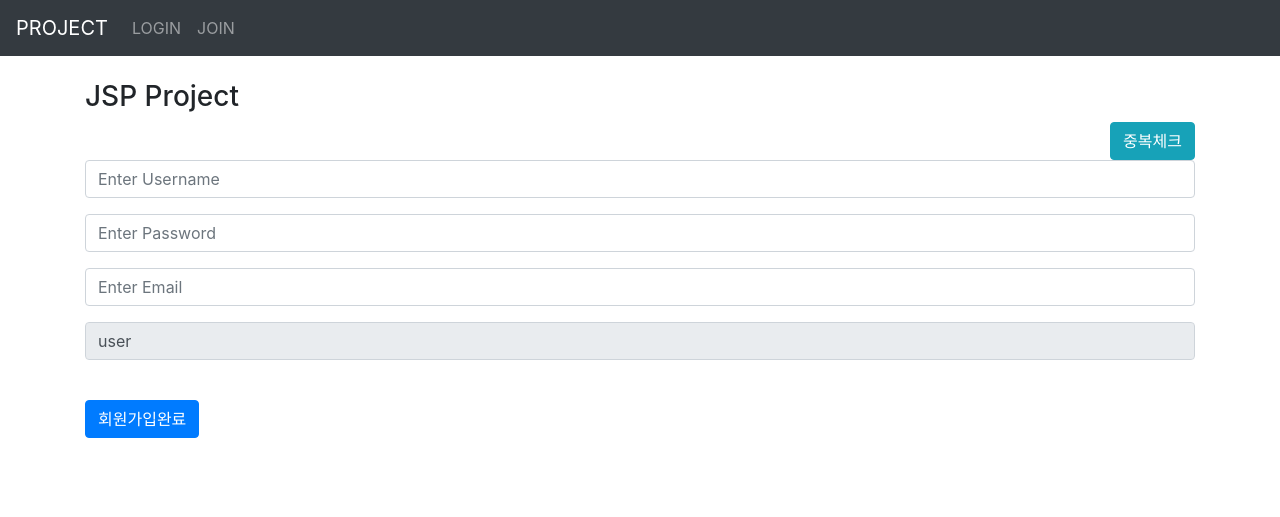
Repository: KuTaeMo/JSP-Project
Page: http://localhost/project/user/join.jsp
The author's editor kept a copy of each file at every save. The page is drawn from the files as they stood at one save, then again after the next save.
The browser window is 1280 px wide. The pictures show the whole page.
The page is served by Tomcat 9. Other server files are loaded and not shown.

Above is the page before, as saved 2021-01-12 04:20:11.

### project/WebContent/user/join.jsp
<%@ page language="java" contentType="text/html; charset=UTF-8"
	pageEncoding="UTF-8"%>

<%@ include file="../layout/header.jsp"%>

<div class="container">
	<form action="/project/user?cmd=join" method="post"
		onsubmit="return valid()" >
		<div class="d-flex justify-content-end">
			<button type="button" class="btn btn-info" onClick="usernameCheck()">중복체크</button>
		</div>
		<div class="form-group">
			<input type="text" name="username" id="username" class="form-control"
				placeholder="Enter Username" required />
		</div>

		<div class="form-group">
			<input type="password" name="password" class="form-control"
				placeholder="Enter Password" required />
		</div>

		<div class="form-group">
			<input type="email" name="email" class="form-control"
				placeholder="Enter Email" required />
		</div>

		<div class="form-group">
			<input type="text" name="role" id="role" class="form-control"
				value="user" placeholder="Default role : USER" required readonly />
		</div>
		<br />
		<button type="submit" class="btn btn-primary">회원가입완료</button>
	</form>
</div>
<script>
	var isChecking = false; //중복체크 변수

	function valid() {
		if (isChecking == false) {
			alert("아이디 중복체크를 해주세요");
		}
		return isChecking;
	}
	function usernameCheck() {
		// DB에서 확인해서 정상이면 isChecking = true
		var username = $("#username").val();
		$.ajax({
			type : "POST",
			url : "/project/user?cmd=usernameCheck",
			data : username,
			contentType : "text/plain; charset=utf-8",
			dataType : "text" // 응답 받을 데이터의 타입을 적으면 자바스크립트 오브젝트로 파싱해줌.
		}).done(function(data) {
			if (data === 'ok') { // 유저네임 있다는 것
				isChecking = false; //false로 바꿔줘야 중복아닌 것 체크하고 나서 다시 체크할 때
									//검사가능
				alert('유저네임이 중복되었습니다.')
			} else {
				isChecking = true;
				$("#username").attr("readonly", "readonly");
				alert("해당 유저네임을 사용할 수 있습니다.")
			}
		});
	}
</script>
</body>
</html>

### project/WebContent/layout/header.jsp
<!DOCTYPE html>
<html lang="en">
<head>
  <title>JSP Project</title>
  <meta charset="utf-8">
  <meta name="viewport" content="width=device-width, initial-scale=1">
  <link rel="stylesheet" href="https://maxcdn.bootstrapcdn.com/bootstrap/4.5.2/css/bootstrap.min.css">
  <script src="https://ajax.googleapis.com/ajax/libs/jquery/3.5.1/jquery.min.js"></script>
  <script src="https://cdnjs.cloudflare.com/ajax/libs/popper.js/1.16.0/umd/popper.min.js"></script>
  <script src="https://maxcdn.bootstrapcdn.com/bootstrap/4.5.2/js/bootstrap.min.js"></script>
</head>
<body>

<nav class="navbar navbar-expand-md bg-dark navbar-dark">
  <a class="navbar-brand" href="<%=request.getContextPath()%>/index.jsp">PROJECT</a>
  <button class="navbar-toggler" type="button" data-toggle="collapse" data-target="#collapsibleNavbar">
    <span class="navbar-toggler-icon"></span>
  </button>
  <div class="collapse navbar-collapse" id="collapsibleNavbar">
    <ul class="navbar-nav">
      <li class="nav-item">
        <a class="nav-link" href="<%=request.getContextPath()%>/user?cmd=loginForm">LOGIN</a>
      </li>
      <li class="nav-item">
        <a class="nav-link" href="<%=request.getContextPath()%>/user?cmd=joinForm">JOIN</a>
      </li>
    </ul>
  </div>
</nav>
<br>

<div class="container">
  <h3>JSP Project</h3>

</div>

</body>
</html>

After the next save:
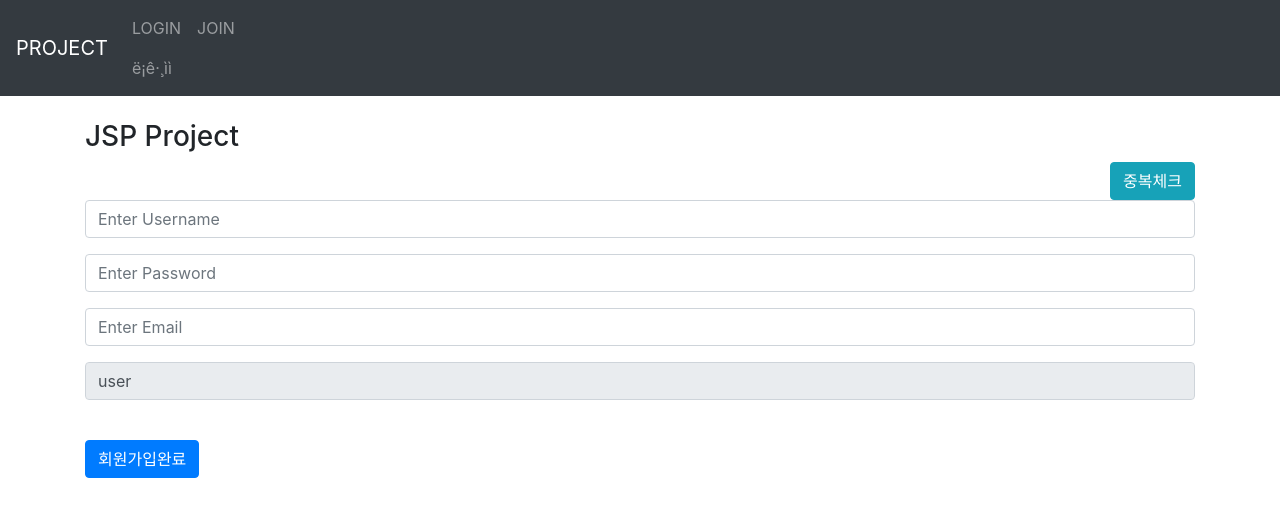
Saved 3 min 5 s later.
--- a/project/WebContent/layout/header.jsp
+++ b/project/WebContent/layout/header.jsp
@@ -1,38 +1,56 @@
 <!DOCTYPE html>
 <html lang="en">
 <head>
-  <title>JSP Project</title>
-  <meta charset="utf-8">
-  <meta name="viewport" content="width=device-width, initial-scale=1">
-  <link rel="stylesheet" href="https://maxcdn.bootstrapcdn.com/bootstrap/4.5.2/css/bootstrap.min.css">
-  <script src="https://ajax.googleapis.com/ajax/libs/jquery/3.5.1/jquery.min.js"></script>
-  <script src="https://cdnjs.cloudflare.com/ajax/libs/popper.js/1.16.0/umd/popper.min.js"></script>
-  <script src="https://maxcdn.bootstrapcdn.com/bootstrap/4.5.2/js/bootstrap.min.js"></script>
+<title>JSP Project</title>
+<meta charset="utf-8">
+<meta name="viewport" content="width=device-width, initial-scale=1">
+<link rel="stylesheet"
+	href="https://maxcdn.bootstrapcdn.com/bootstrap/4.5.2/css/bootstrap.min.css">
+<script
+	src="https://ajax.googleapis.com/ajax/libs/jquery/3.5.1/jquery.min.js"></script>
+<script
+	src="https://cdnjs.cloudflare.com/ajax/libs/popper.js/1.16.0/umd/popper.min.js"></script>
+<script
+	src="https://maxcdn.bootstrapcdn.com/bootstrap/4.5.2/js/bootstrap.min.js"></script>
 </head>
 <body>
 
-<nav class="navbar navbar-expand-md bg-dark navbar-dark">
-  <a class="navbar-brand" href="<%=request.getContextPath()%>/index.jsp">PROJECT</a>
-  <button class="navbar-toggler" type="button" data-toggle="collapse" data-target="#collapsibleNavbar">
-    <span class="navbar-toggler-icon"></span>
-  </button>
-  <div class="collapse navbar-collapse" id="collapsibleNavbar">
-    <ul class="navbar-nav">
-      <li class="nav-item">
-        <a class="nav-link" href="<%=request.getContextPath()%>/user?cmd=loginForm">LOGIN</a>
-      </li>
-      <li class="nav-item">
-        <a class="nav-link" href="<%=request.getContextPath()%>/user?cmd=joinForm">JOIN</a>
-      </li>
-    </ul>
-  </div>
-</nav>
-<br>
+	<nav class="navbar navbar-expand-md bg-dark navbar-dark">
+		<a class="navbar-brand" href="<%=request.getContextPath()%>/index.jsp">PROJECT</a>
+		<button class="navbar-toggler" type="button" data-toggle="collapse"
+			data-target="#collapsibleNavbar">
+			<span class="navbar-toggler-icon"></span>
+		</button>
 
-<div class="container">
-  <h3>JSP Project</h3>
+		<c:choose>
+			<c:when test="${sessionScope.principal != null}">
+				<div class="collapse navbar-collapse" id="collapsibleNavbar">
+					<ul class="navbar-nav">
+						<li class="nav-item"><a class="nav-link"
+							href="<%=request.getContextPath()%>/user?cmd=loginForm">LOGIN</a>
+						</li>
+						<li class="nav-item"><a class="nav-link"
+							href="<%=request.getContextPath()%>/user?cmd=joinForm">JOIN</a></li>
+					</ul>
+				</div>
+			</c:when>
+			<c:otherwise>
+				<div class="collapse navbar-collapse" id="collapsibleNavbar">
+					<ul class="navbar-nav">
+						<li class="nav-item"><a class="nav-link"
+							href="<%=request.getContextPath()%>/user?cmd=logout">로그아웃</a></li>
+					</ul>
+				</div>
+			</c:otherwise>
+		</c:choose>
+	</nav>
 
-</div>
+	<br>
+
+	<div class="container">
+		<h3>JSP Project</h3>
+
+	</div>
 
 </body>
 </html>
